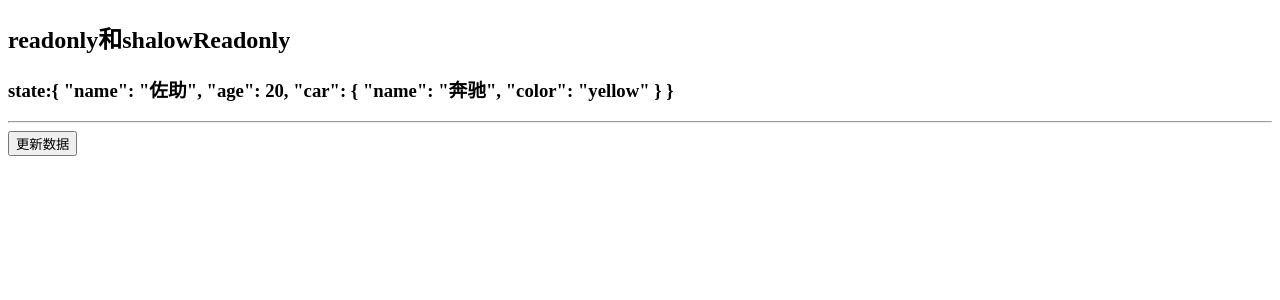
Repository: zhuhongxiang/Vue3.0-TSLeaning
Page: / (app in 04_Vue3/vue3_learning/)
These files come from the project's save history. The page is drawn as it stood at one moment and after the next save; the edit follows.
The browser window is 1280 px wide. The pictures show the whole page.
The project was rebuilt for these pictures with package versions that can differ from the ones it lists, and the page was loaded fresh each time.

Above is the page before, as saved 2021-07-27 10:23:15.

After the next save:
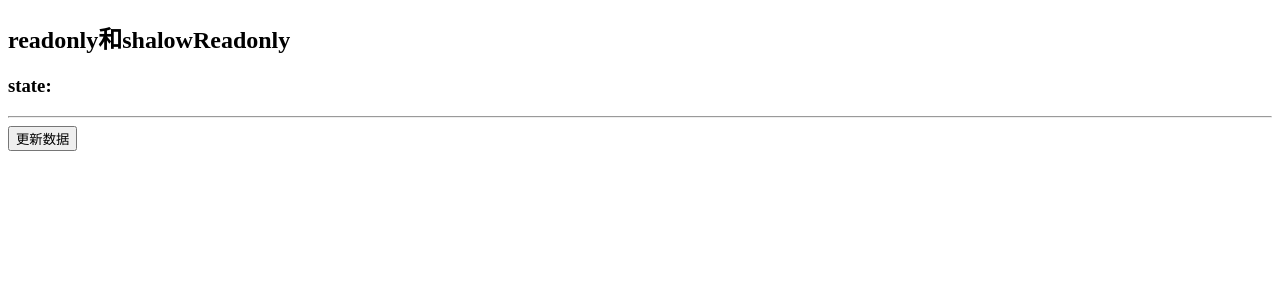
Saved 58 s later.
--- a/04_Vue3/vue3_learning/src/App.vue
+++ b/04_Vue3/vue3_learning/src/App.vue
@@ -6,7 +6,7 @@
 </template>
 
 <script lang='ts'>
-import { defineComponent, reactive } from "vue";
+import { defineComponent, reactive, readonly } from "vue";
 export default defineComponent({
   name: "App",
   props: {},
@@ -20,12 +20,13 @@
         color: "yellow",
       },
     });
+    const state2 = readonly(state);
     const update = () => {
-      console.log("ceshi");
+      state2.name += "===";
     };
 
     return {
-      state,
+      state2,
       update,
     };
   },

After the 4 saves that followed:
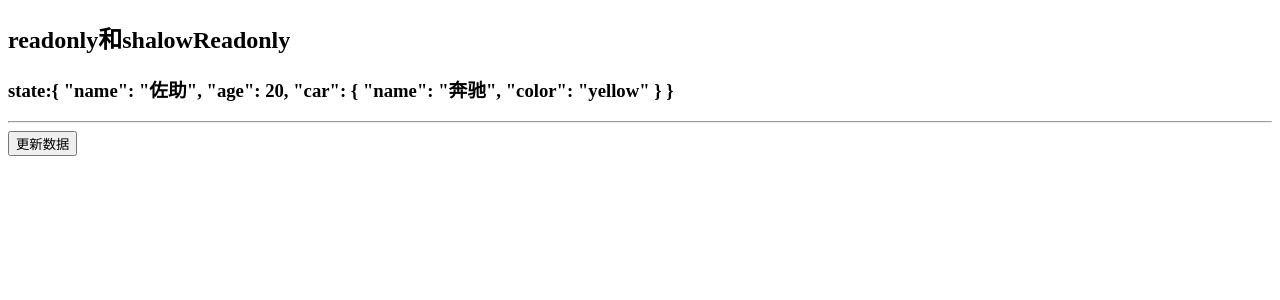
The 4 saves are shown as one change because 3 left the picture as it was.
The last was saved 2 min 10 s later.
--- a/04_Vue3/vue3_learning/src/App.vue
+++ b/04_Vue3/vue3_learning/src/App.vue
@@ -1,12 +1,12 @@
 <template>
   <h2>readonly和shalowReadonly</h2>
-  <h3>state:{{ state }}</h3>
+  <h3>state:{{ state2 }}</h3>
   <hr />
   <button @click="update">更新数据</button>
 </template>
 
 <script lang='ts'>
-import { defineComponent, reactive, readonly } from "vue";
+import { defineComponent, reactive, readonly, shallowReadonly } from "vue";
 export default defineComponent({
   name: "App",
   props: {},
@@ -20,9 +20,12 @@
         color: "yellow",
       },
     });
-    const state2 = readonly(state);
+    // 深度只读数据
+    // const state2 = readonly(state);
+    // shallowReadonly 只读的
+    const state2 = shallowReadonly(state);
     const update = () => {
-      state2.name += "===";
+      state2.car.name += "===";
     };
 
     return {
